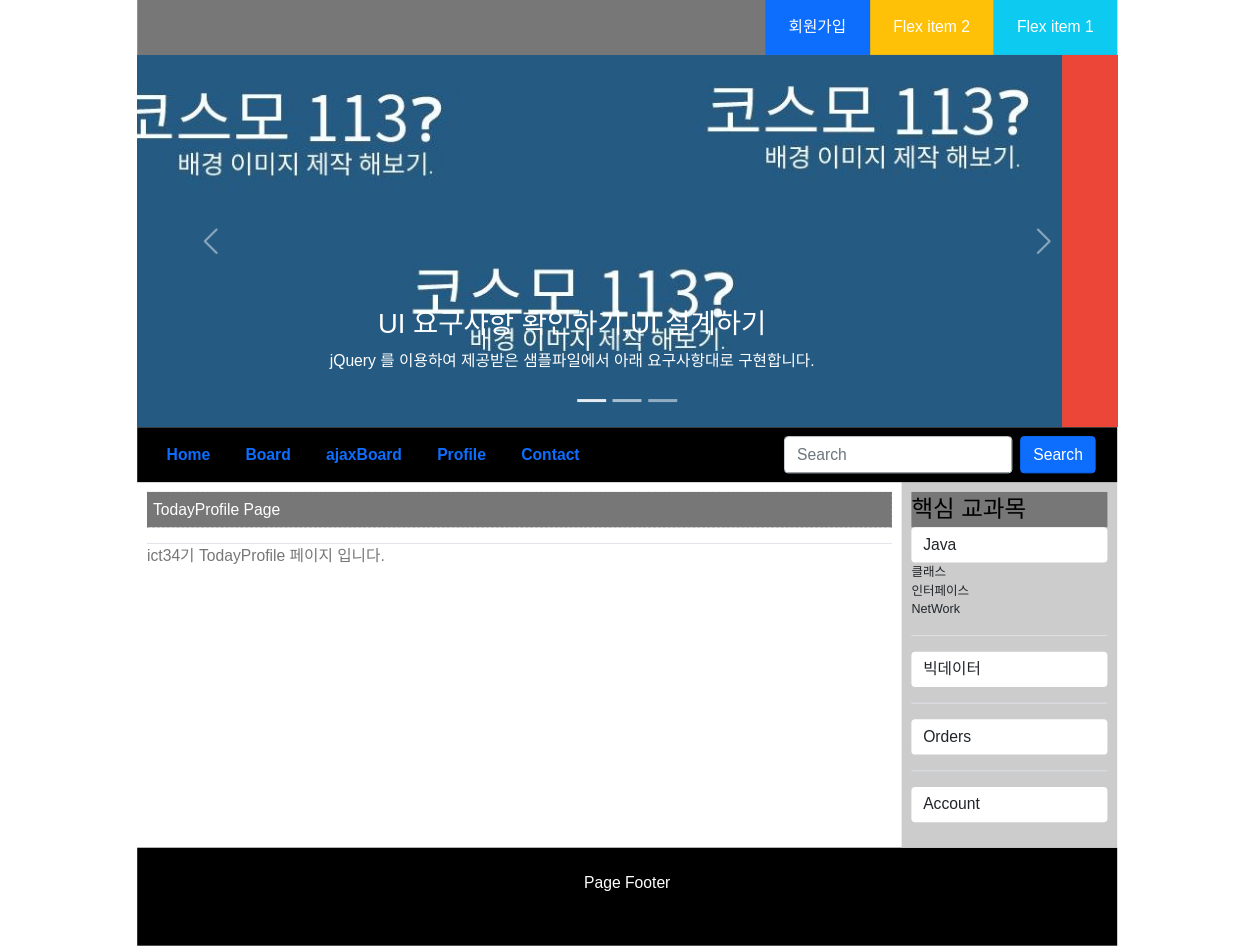
Repository: ilsang7389/12321
Page: http://localhost/spring1019_20_mvc/WEB-INF/views/today/todaywork.jsp
An editor plug-in stored every save of this project. The page is shown before and after the next save, followed by the edit.
The browser window is 1280 px wide. The pictures show the whole page, at 98% of full size.
Some web libraries are served in a nearby version. The page is served by Tomcat 9. Nobody is signed in. Other server files are loaded and not shown. The template is opened directly, without the code that normally fills it, so the values that code supplies are empty.

Above is the page before, as saved 2023-10-20 01:39:38.

### spring1019_20_mvc/WebContent/WEB-INF/views/today/todaywork.jsp
<%@ page language="java" contentType="text/html; charset=EUC-KR"
    pageEncoding="EUC-KR"%>
<%@taglib prefix="c" uri="http://java.sun.com/jsp/jstl/core"%>
<%@include file="../temp/header.jsp"%>
<article>
	<header style="color:white">TodayProfile Page</header>
	<ul class="list-unstyled">
	<li class="border-top my-3">ict34기 TodayProfile 페이지 입니다.</li>
	<%-- <%@include file="todayAdviceView.jsp" %> --%>
	</ul>
	<div class="container">
	   <h2>${work }</h2>
	</div>
</article>
<%@include file="../temp/footer.jsp"%>

### spring1019_20_mvc/WebContent/WEB-INF/views/temp/header.jsp
<%@ page language="java" contentType="text/html; charset=EUC-KR"
    pageEncoding="EUC-KR"%>
<%@taglib prefix="c" uri="http://java.sun.com/jsp/jstl/core" %>
<!DOCTYPE html>
<html>
 <head>
  <TITLE> New Document </TITLE>
  <meta charset="euc-kr">
  <meta name="viewport" content="width=device-width, initial-scale=1">
  <link href="https://cdn.jsdelivr.net/npm/bootstrap@5.1.3/dist/css/bootstrap.min.css" rel="stylesheet">
  <link rel="stylesheet" href="resources/css/style.css"/>
  <script src="https://cdn.jsdelivr.net/npm/bootstrap@5.1.3/dist/js/bootstrap.bundle.min.js"></script>
 <link rel="stylesheet" href="https://cdnjs.cloudflare.com/ajax/libs/font-awesome/4.7.0/css/font-awesome.min.css"/>
 <script src="https://cdnjs.cloudflare.com/ajax/libs/jquery/3.2.1/jquery.min.js"></script>
 <script src="<%=application.getContextPath()%>/resources/js/ajaxdemo1.js"></script>
 <style>
 a{
	text-decoration: none;
}
select.btn-mini {
    height: auto;
    width : 200px;
    line-height: 14px;
}
.card {

    border: none;
    box-shadow: 5px 6px 6px 2px #e9ecef;
    border-radius: 4px;
}
.dots{
  height: 4px;
  width: 4px;
  margin-bottom: 2px;
  background-color: #bbb;
  border-radius: 50%;
  display: inline-block;
}

.badge{
    padding: 7px;
    padding-right: 9px;
    padding-left: 16px;
    box-shadow: 5px 6px 6px 2px #e9ecef;
}

.user-img{
    margin-top: 4px;
}

.check-icon{
    font-size: 17px;
    color: #c3bfbf;
    top: 1px;
    position: relative;
    margin-left: 3px;
}
.form-check-input{
    margin-top: 6px;
    margin-left: -24px !important;
    cursor: pointer;
}
.form-check-input:focus{
    box-shadow: none;
}


.icons i{
    margin-left: 8px;
}
.reply{
    margin-left: 12px;
}

.reply small{
    color: #b7b4b4;
}
.reply small:hover{
    color: green;
    cursor: pointer;
}
.bgGr1 {
	background-color: #0d6efd
}
.bgGr2 {
	background-color: #ffc107
}
.bgGr3 {
	background-color: #0dcaf0
}
#colTitle{
	background-color: #000000;
}

.mytable-condensed{
  font-size: 11px;
}
 </style>
<script>
$(function(){
	$('#searchv').focusin(function() {
		$(this).val("검색어 입력")
	});
	$('#searchv').focusout(function() {
		$(this).val("")
	});
	window.
	//let firstColor ="d-flex flex-row-reverse mybgColor";
	console.log("log00 => "+$('.mybgColor').attr('class'));
	$('#item1').click(function(){
		//$(this).attr('class',firstColor)
		console.log("log => "+$('.mybgColor').attr('class'));
		$('.mybgColor').attr('class',function(){
			$(this).attr('style','background-color:#0dcaf0');
			/*
			let changeClass = $(this).attr('class');
			let class_sttr_arr = changeClass.split(" ");
			$.each(class_sttr_arr,function(e,val){
				console.log(e+"::::::::::::::::::"+val)
				if(val.includes("bg-")){
					console.log("================>"+e+":"+val);
					$('.mybgColor').attr('class').replace(val,'bg-info');
				}else{
					changeClass +=" bg-info";
				}
				$('.mybgColor').attr('class',changeClass)
			});
			*/
		});
	});
	$('#item2').click(function(){
		console.log("log => "+$('.mybgColor').attr('class'));
		$('.mybgColor').attr('class',function(){
			$(this).attr('style','background-color:#ffc107');
		});
		//이미지 세팅하기
		let imgArr = ['d1.jpg','d2.jpg','d3.jpg'];
		$('.carousel-item > img').each(function(idx){
			console.log("바뀔 이미지 :"+imgArr[idx]+", log Img => "+$(this).attr('src'));
			$(this).attr('src','resources/image/'+imgArr[idx]);
		});

	});
	$('#item3').click(function(){
		$('.mybgColor').attr('class',function(){
			$(this).attr('style','background-color:#0d6efd');
		});
		//이미지 세팅하기
		let imgArr = ['c1.jpg','c2.jpg','c3.jpg'];
		$('.carousel-item > img').each(function(idx){
			console.log("바뀔 이미지 :"+imgArr[idx]+", log Img => "+$(this).attr('src'));
			$(this).attr('src','resources/image/'+imgArr[idx]);
		});
	});
});
</script>
 </head>
 <body>
<header class="text-white text-center" >
<div class="d-flex flex-row-reverse mybgColor">
  <div class="p-2 bg-info"><a href="#" class="nav-link text-white" id="item1">Flex item 1</a></div>
  <div class="p-2 bg-warning"><a href="#" class="nav-link text-white" id="item2">Flex item 2</a></div>
  <div class="p-2 bg-primary"><a href="#" class="nav-link text-white" id="item3">회원가입</a></div>
</div>
        <!-- Carousel -->
<div id="demo" class="carousel slide" data-bs-ride="carousel">
  <!-- Indicators/dots -->
  <div class="carousel-indicators">
    <button type="button" data-bs-target="#demo" data-bs-slide-to="0" class="active"></button>
    <button type="button" data-bs-target="#demo" data-bs-slide-to="1"></button>
    <button type="button" data-bs-target="#demo" data-bs-slide-to="2"></button>
  </div>

  <!-- The slideshow/carousel -->
  <div class="carousel-inner">
    <div class="carousel-item active">
      <img src="resources/image/d1.jpg" alt="Kosmo113" class="d-block" style="width:100%">
      <div class="carousel-caption">
        <h3>UI 요구사항 확인하기,UI 설계하기 </h3>
        <p>jQuery 를 이용하여 제공받은 샘플파일에서 아래 요구사항대로 구현합니다.</p>
      </div>
    </div>
    <div class="carousel-item">
      <img src="resources/image/d2.jpg" alt="Carousel" class="d-block" style="width:100%">
      <div class="carousel-caption">
        <h3>Carousel 기능을 CSS3로!</h3>
        <p>Thank you, CSS3!</p>
      </div>
    </div>
    <div class="carousel-item">
      <img src="resources/image/d3.jpg" alt="JSP" class="d-block" style="width:100%">
      <div class="carousel-caption">
        <h3>UI 요구사항 확인하기,UI 설계하기 </h3>
        <p>jQuery 를 이용하여 제공받은 샘플파일에서 아래 요구사항대로 구현합니다.</p>
      </div>
    </div>
  </div>

  <!-- Left and right controls/icons -->
  <button class="carousel-control-prev" type="button" data-bs-target="#demo" data-bs-slide="prev">
    <span class="carousel-control-prev-icon"></span>
  </button>
  <button class="carousel-control-next" type="button" data-bs-target="#demo" data-bs-slide="next">
    <span class="carousel-control-next-icon"></span>
  </button>
</div>
</header>
<%--bg-dark navbar-dark --%>
    <nav class="navbar navbar-expand-sm mybgColor" >
     <div class="container-fluid" >
        <ul class="navbar-nav" >
            <li class="nav-item"><a href="main" class="nav-link active" >Home</a></li>
            <li class="nav-item"><a href="boardlist" class="nav-link">Board</a></li>
            <li class="nav-item"><a href="ajaxBoard" class="nav-link">ajaxBoard</a></li>
            <li class="nav-item"><a href="#" class="nav-link">Profile</a></li>
            <li class="nav-item"><a href="#" class="nav-link">Contact</a></li>
        </ul>
        <form class="d-flex">
        <input class="form-control me-2" type="text" placeholder="Search" name="searchv" id="searchv">
        <button class="btn btn-primary" type="button">Search</button>
        </form>
      </div>
    </nav>

### spring1019_20_mvc/WebContent/WEB-INF/views/temp/footer.jsp
<%@ page language="java" contentType="text/html; charset=EUC-KR"
    pageEncoding="EUC-KR"%>
  <aside >
        <header>
             <span class="fs-4">핵심 교과목</span>
        </header>
      <ul class="list-unstyled ">
      <li class="mb-1" >
        <button class="bg-white btn btn-toggle d-inline-flex align-items-center rounded border-0 collapsed " data-bs-toggle="collapse" data-bs-target="#home-collapse" aria-expanded="true">
          Java
        </button>
        <div class="collapse show" id="home-collapse">
          <ul class="btn-toggle-nav list-unstyled">
            <li><a href="#" class="link-dark d-inline-flex text-decoration-none rounded">클래스</a></li>
            <li><a href="#" class="link-dark d-inline-flex text-decoration-none rounded">인터페이스</a></li>
            <li><a href="#" class="link-dark d-inline-flex text-decoration-none rounded">NetWork</a></li>
          </ul>
        </div>
      </li>
      <li class="border-top my-3"></li>
      <li class="mb-1">
        <button class="bg-white btn btn-toggle d-inline-flex align-items-center rounded border-0 collapsed" data-bs-toggle="collapse" data-bs-target="#dashboard-collapse" aria-expanded="false">
                  빅데이터
        </button>
        <div class="collapse" id="dashboard-collapse">
          <ul class="btn-toggle-nav list-unstyled">
            <li><a href="#" class="link-dark d-inline-flex text-decoration-none rounded">Python</a></li>
            <li><a href="#" class="link-dark d-inline-flex text-decoration-none rounded">NumPy</a></li>
            <li><a href="#" class="link-dark d-inline-flex text-decoration-none rounded">Pandas</a></li>
            <li><a href="#" class="link-dark d-inline-flex text-decoration-none rounded">Tensorflow</a></li>
          </ul>
        </div>
      </li>
      <li class="border-top my-3"></li>
      <li class="mb-1">
        <button class="bg-white btn btn-toggle d-inline-flex align-items-center rounded border-0 collapsed" data-bs-toggle="collapse" data-bs-target="#orders-collapse" aria-expanded="false">
          Orders
        </button>
        <div class="collapse" id="orders-collapse">
          <ul class="btn-toggle-nav list-unstyled">
            <li><a href="#" class="link-dark d-inline-flex text-decoration-none rounded">New</a></li>
            <li><a href="#" class="link-dark d-inline-flex text-decoration-none rounded">Processed</a></li>
            <li><a href="#" class="link-dark d-inline-flex text-decoration-none rounded">Shipped</a></li>
            <li><a href="#" class="link-dark d-inline-flex text-decoration-none rounded">Returned</a></li>
          </ul>
        </div>
      </li>
      <li class="border-top my-3"></li>
      <li class="mb-1">
        <button class="bg-white btn btn-toggle d-inline-flex align-items-center rounded border-0 collapsed" data-bs-toggle="collapse" data-bs-target="#account-collapse" aria-expanded="false">
          Account
        </button>
        <div class="collapse" id="account-collapse">
          <ul class="btn-toggle-nav list-unstyled">
            <li><a href="#" class="link-dark d-inline-flex text-decoration-none rounded">New...</a></li>
            <li><a href="#" class="link-dark d-inline-flex text-decoration-none rounded">Profile</a></li>
            <li><a href="#" class="link-dark d-inline-flex text-decoration-none rounded">Settings</a></li>
            <li><a href="#" class="link-dark d-inline-flex text-decoration-none rounded">Sign out</a></li>
          </ul>
        </div>
      </li>
    </ul>

    </aside>

   <footer class="mt-5 p-4 text-white text-center mybgColor">
        Page Footer
    </footer>
<script>
	$(function(){
		$('#wbtn').click(function(){
			location ="boardForm";
		});

	});
</script>
 </body>
</html>

### spring1019_20_mvc/WebContent/resources/js/ajaxdemo1.js
/**
 * ajaxdemo1.js
 */
let xhr = null;

function sendRequest(url,param,callback,method,type){
	xhr = new XMLHttpRequest();
	//전송방식을 분석
	let httpMethod = (method !== 'POST' && method !== 'post')?'GET':'POST';

	//파라미터 값
	let httpParam = (param === null||param ==='')?null:param;

	var httpURL = url;

	//요청 방식에 따라 처리 test.jsp?idx=11
	if(httpMethod === 'GET' && httpParam !== null){
		httpURL = httpURL+"?"+httpParam;
	}
	xhr.onreadystatechange=callback;
	xhr.open(httpMethod,httpURL,true);
	//요청시 타입
	if(type === "json"){
		xhr.setRequestHeader("Content-type", "application/json");
	}else{
		xhr.setRequestHeader("Content-Type","application/x-www-form-urlencoded");
	}
	console.log("httpMethod=>"+httpMethod+":httpParam"+httpParam);
	xhr.send(httpMethod === 'POST'?httpParam:null);
}

### spring1019_20_mvc/WebContent/resources/css/style.css
 body{
	width: 1000px;
	margin: 0 auto;
	font-family: Arial, sans-serif;
	color: #777;
}

/* p{
	margin-top: 20px;
	margin-bottom: 20px;
	line-height: 150%;
}
 */
header {
	background: #777;
	/* padding: 20px; */
	clear: both;
	height: 80%;
}

body header hgroup h1{
	font-size: 3.0em;
	text-transform: uppercase;
	color: #fff;
}

body header hgroup h2{
	font-size: 0.8em;
	color: #fff;
	font-style: italic;
}

body nav{
	padding: 10px;
	background: #000;
	color:#FFFFFF;
	font-weight: bold;
	clear: both;
	-moz-border-radius: 20px 0px;
}

body nav ul{
	padding: 0;
	margin: 0;
	list-style: none;
}

nav ul li{
	display: block;
	float: left;
	margin-right: 20px;
}

footer{
	background: #000;
	padding: 10px;
	height: 100px;
	color: #fff;
	clear: both;
}

nav ul li a{
	color: #fff;
	background: #000;
	text-decoration: none;
	padding: 5px;
	margin: 0;
}

nav ul li a:hover{
	background: #777;
}

article{
	width: 780px;
	padding: 10px;
	float: left;
}

article header{
	border: 1px dashed #777;
	padding: 5px;
}

article header h1{
	color: #000;
	font-size: 2em;
}

time{
	font-size: 0.7em;
	margin-top: 0px;
	margin-bottom: 0px;
}

article section footer{
	border: 1px dashed #777;
	padding: 10px;
}

article>footer{
	font-style: italic;
}

figure{
	margin: 0 auto;
	padding: 20px;
	width: 500px;
	text-align: center;
	border: 1px dashed #ccc;
	clear: both;
}

figure img{
	padding: 10px;
	margin: 0 auto;
}

aside{
	width: 220px;
	padding: 10px;
	float: left;
	background: #ccc;
	color: #000;
	font-size: 0.8em;
}
aside header h1{
	font-size: 1.5em; color:#000;
}
aside button {
	width:100%;
}

### spring1019_20_mvc/WebContent/WEB-INF/views/today/todayAdviceView.jsp
<%@ page language="java" contentType="text/html; charset=EUC-KR"
	pageEncoding="EUC-KR"%>
<!DOCTYPE html>
<li class="border-top my-3">오늘의 날짜는 <b style="color: orange;">${today}이고,
		당신 접속한 아이피는${reip}입니다</b>
</li>

After the next save:
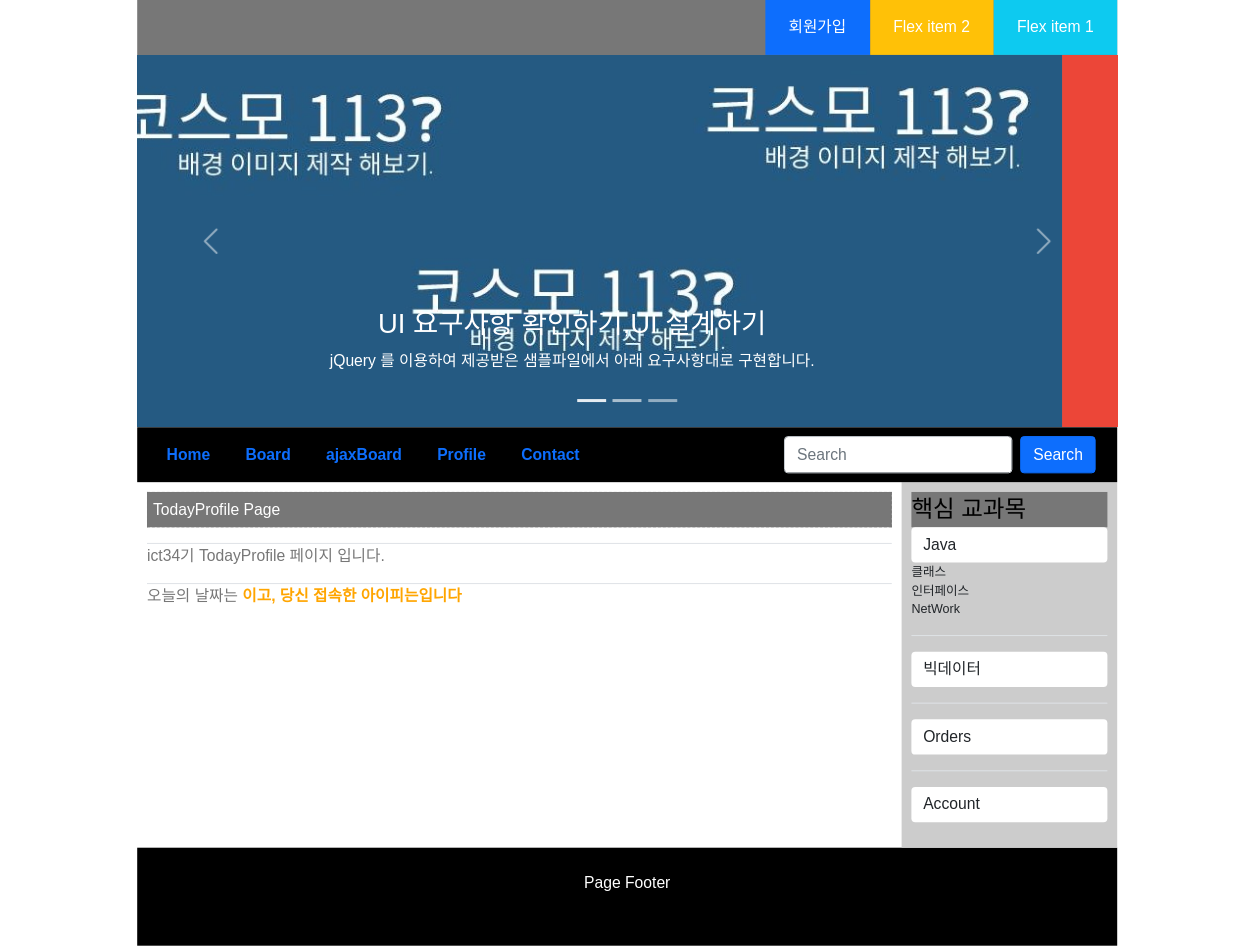
Saved 2 s later.
--- a/spring1019_20_mvc/WebContent/WEB-INF/views/today/todaywork.jsp
+++ b/spring1019_20_mvc/WebContent/WEB-INF/views/today/todaywork.jsp
@@ -6,7 +6,7 @@
 	<header style="color:white">TodayProfile Page</header>
 	<ul class="list-unstyled">
 	<li class="border-top my-3">ict34기 TodayProfile 페이지 입니다.</li>
-	<%-- <%@include file="todayAdviceView.jsp" %> --%>
+	 <%@include file="todayAdviceView.jsp" %>
 	</ul>
 	<div class="container">
 	   <h2>${work }</h2>
